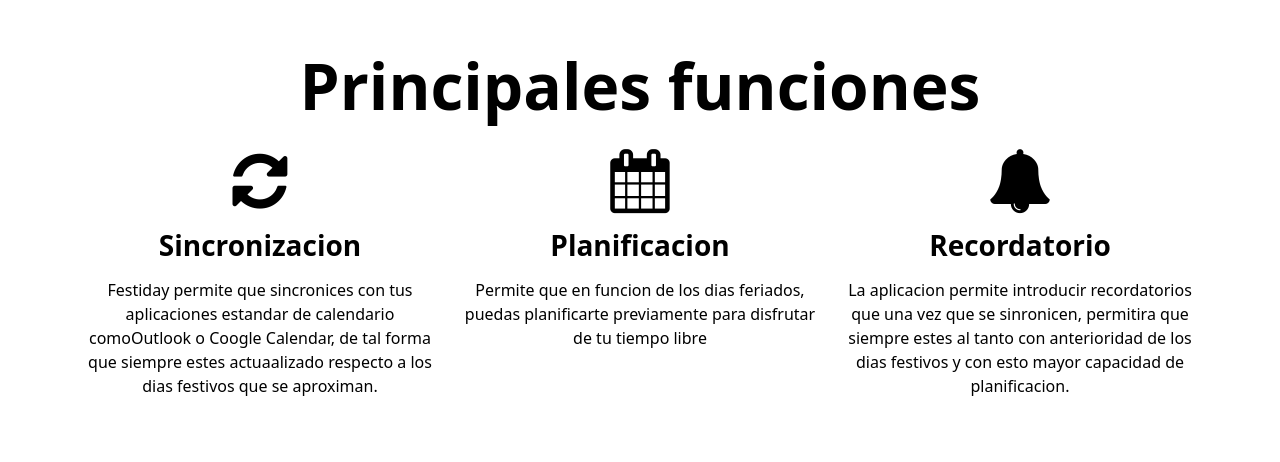
Repository: cvalenciapatagonia/Desafio-4-React-I
Page: /
The author's editor kept a copy of each file at every save. The page is drawn from the files as they stood at one save, then again after the next save.
The browser window is 1280 px wide. The pictures show the part of the page from y = 698 to 1160 px (the page is 2051 px tall before and 2075 px after).
Pictures or frames that could not be fetched are drawn as grey boxes. The page's requests for data from a server got no answer. The project was rebuilt for these pictures with package versions that can differ from the ones it lists, and the page was loaded fresh each time. No one was signed in, and anything a server would have sent is missing. Also part of the build but not shown: vite.config.js, src/App.css.

Above is the page before, as saved 2023-09-08 14:56:41.

### index.html
<!doctype html>
<html lang="en">
  <head>
    <meta charset="UTF-8" />
    <link rel="icon" type="image/svg+xml" href="/vite.svg" />
    <meta name="viewport" content="width=device-width, initial-scale=1.0" />
    <title>Desafio 4 React I</title>
  </head>
  <body>
    <div id="root">


    </div>
    <script type="module" src="/src/main.jsx"></script>
  </body>
</html>

### src/main.jsx

import React from 'react'
import ReactDOM from 'react-dom/client'
import App from './App.jsx'

import './index.css'


ReactDOM.createRoot(document.getElementById('root')).render(
  <React.StrictMode>
    <App />
  </React.StrictMode>,
)

### src/App.jsx
import React, { useState } from "react";
import "bootstrap-icons/font/bootstrap-icons.css";
import "font-awesome/css/font-awesome.css";
import "./App.css";
import "bootstrap/dist/css/bootstrap.min.css";
import MiApi from "./components/MiApi";
import Buscador from "./components/Buscador";

function App() {
  const [sortOption, setSortOption] = useState("asc"); // Estado para almacenar la opción de ordenamiento

  return (
    <div className="App">
      <header>
        {/* BARRA DE NAVEGACION */}
        <nav className="navbar navbar-expand-lg navbar-dark fixed-top navbar-custom">
          <div className="container">
            {/* <img src="assets/img/logo.png" className="img-fluid img-logo" /> */}
            <button
              className="navbar-toggler"
              type="button"
              data-bs-toggle="collapse"
              data-bs-target="#navbarTogglerDemo01"
              aria-controls="navbarTogglerDemo01"
              aria-expanded="false"
              aria-label="Toggle navigation"
            >
              <span className="navbar-toggler-icon"></span>
            </button>
            <div className="collapse navbar-collapse" id="navbarTogglerDemo01">
              <a className="navbar-brand" href="#"></a>
              <ul className="navbar-nav ms-auto mb-2 mb-lg-0 fs-5">
                <li className="nav-item">
                  <a
                    className="nav-link active text-light"
                    aria-current="page"
                    href="#Acerca-de-mi"
                  >
                    Funciones
                  </a>
                </li>
                <li className="nav-item">
                  <a
                    className="nav-link active text-light"
                    href="#Mis-proyectos"
                  >
                    Demo
                  </a>
                </li>
                <li className="nav-item">
                  <a className="nav-link active text-light" href="#Contacto">
                    Contacto
                  </a>
                </li>
              </ul>
            </div>
          </div>
        </nav>
        {/* Fin de la barra de navegación */}
      </header>

      <section id="Hero-Section" className="text-dark text-end py-5 mt-5">
        <div className="container">
          <div className="ms-auto col-12 col-md-7">
            <h1 className="display-1 fw-bold my-5">
              Festiday 🌶️ {/* El signo agregado significa "cursando" */}
            </h1>
            <p className="my-5 fw-bold">
              Festiday es una aplicacion beta que permite observar en tiempo
              real los dias festivos de Chile. La aplicacion cuenta con
              distintas funcionalidades tales como un widget de escritorio y la
              posibilidad de vincularlo con google calendar y Outlook.
            </p>
            <div className="mb-5 pb-5">
              <a
                className="btn btn-lg btn-outline-info text-dark me-4"
                href="#Mis-proyectos"
              >
                Prueba la demo
              </a>
              <a
                className="btn btn-lg btn-outline-info text-dark"
                href="#Contacto"
              >
                Contactanos
              </a>
            </div>
          </div>
        </div>
      </section>

      {/* ACERCA DE MI */}
      <section id="Acerca-de-mi" className="container text-center my-5">
        <h2 className="display-3 fw-bold my-4 mb-4">Principales funciones</h2>

        <div className="row">
          <div className="col-12 col-md-4">
            <i className="fa fa-refresh fa-4x"></i>
            <h3 className="my-3 fw-bold">Sincronizacion</h3>
            <p className="my-3">
              Festiday permite que sincronices con tus aplicaciones estandar de
              calendario comoOutlook o Coogle Calendar, de tal forma que siempre
              estes actuaalizado respecto a los dias festivos que se aproximan.
            </p>
          </div>
          <div className="col-12 col-md-4">
            <i className="fa fa-calendar fa-4x"></i>
            <h3 className="my-3 fw-bold">Planificacion</h3>
            <p className="my-3">
              Permite que en funcion de los dias feriados, puedas planificarte
              previamente para disfrutar de tu tiempo libre
            </p>
          </div>
          <div className="col-12 col-md-4">
            <i className="fa fa-bell fa-4x"></i>
            <h3 className="my-3 fw-bold">Recordatorio</h3>
            <p className="my-3">
              La aplicacion permite introducir recordatorios que una vez que se
              sinronicen, permitira que siempre estes al tanto con anterioridad
              de los dias festivos y con esto mayor capacidad de planificacion.
            </p>
          </div>
        </div>
      </section>
      {/* Fin de ACERCA DE MI */}

      {/* MIS PROYECTOS */}
      <section id="Mis-proyectos" className="my-5 p-5">
        <div className="container">
          <h2 className="display-4 fw-bold text-center text-dark mb-3">
            Festiday App demo
          </h2>
          <Buscador onSortChange={setSortOption} />
          <MiApi
            apiURL="https://api.victorsanmartin.com/feriados/en.json"
            sortOption={sortOption}
          />

          <div className="row"></div>
        </div>
      </section>
      {/* Fin de MIS PROYECTOS */}

      {/* CONTACTAME */}
      <section id="Contacto" className="container my-5">
        <h2 className="display-4 fw-bold text-center my-4">Contáctanos</h2>

        <p className="text-center my-4 d-none d-md-block">
          Envíanos un mensaje y te ofrecemos una prueba gratuita por 30 dias sin
          costo
        </p>

        <form>
          <div className="form-group mb-4">
            <label className="mb-2">Nombre</label>
            <input className="form-control" placeholder="Nombre" />
          </div>

          <div className="form-group mb-4">
            <label className="mb-2">Correo electrónico</label>
            <input className="form-control" placeholder="Correo electrónico" />
          </div>

          <div className="form-group">
            <label className="mb-2">Mensaje</label>
            <textarea
              className="form-control"
              placeholder="Escribe aquí tu mensaje"
            ></textarea>
          </div>

          <div className="my-3 text-end">
            <button className="btn bg-dark text-light">Enviar</button>
          </div>
        </form>
      </section>
      {/* Fin de CONTACTAME */}

      {/* FOOTER */}
      <footer className="text-center text-light p-4">
        <p className="mb-0">
          Cristian Valencia 2023. Todos los derechos reservados.
        </p>
      </footer>
      {/* Fin de FOOTER */}
    </div>
  );
}

export default App;

{
  /* <h1>Feriados en Chile</h1> */
}
{
  /* Pasa el estado y la función de cambio de ordenamiento al componente Buscador */
}

### src/index.css
:root {
  font-family: Inter, system-ui, Avenir, Helvetica, Arial, sans-serif;
  line-height: 1.5;
  font-weight: 400;

  color-scheme: light dark;
  color: rgba(255, 255, 255, 0.87);
  background-color: #242424;

  font-synthesis: none;
  text-rendering: optimizeLegibility;
  -webkit-font-smoothing: antialiased;
  -moz-osx-font-smoothing: grayscale;
  -webkit-text-size-adjust: 100%;
}

a {
  font-weight: 500;
  color: #646cff;
  text-decoration: inherit;
}
a:hover {
  color: #535bf2;
}

body {
  margin: 0;
  display: flex;
  place-items: center;
  justify-content: center;
  min-width: 320px;
  min-height: 100vh;
}

h1 {
  font-size: 3.2em;
  line-height: 1.1;
}

table {
  width: 100%;
  border-collapse: collapse;
}

table th, table td {
  text-align: start;
  padding: 8px;
  border: 1px solid #ddd;
}


table th {
  background-color: rgb(198, 43, 43);
  font-weight: bold;
}


 .navbar-custom {
  background-color: rgb(0, 0, 0);
}

.img-logo {
  height: 250px;
  width: 350px;
}

@media (max-width: 576px) {
  .img-logo {
    height: 150px;
    width: 250px;
  }
}

#Hero-Section {
  background-repeat: no-repeat;
  background-size: cover;
  background-position: left;
  height: 650px;
  background-image: url(./assets/img/luxa.org-opacity-changed-Bg.jpg);

}

/* #Mis-proyectos .image-top {
  height: 250px;
  background-repeat: no-repeat;
  background-size: cover;
  background-position: center;
} */

#Mis-proyectos {
  background-image: url("../img/fondo\ \(7\).jpg");
  background-repeat: no-repeat;
  background-size: cover;
  background-position: left;
}



#Acerca-de-mi {
  color: black;
}

#Contacto {
  color: black;
}

footer {
  background-color: black;
}

.button-custom {
  background-color: black;
}

.subtitulo2 {
  display: inline;
  font-size: 2em;
}

@media only screen and (max-width: 576px) {
  .subtitulo2 {
    font-size: 1.2rem;
    line-height: 1.2;
  }
}

### src/components/MiApi.jsx
import React, { useEffect, useState } from 'react';
import moment from 'moment';

function MiApi({ apiURL, sortOption }) {
  const [holidays, setHolidays] = useState([]);
  const [sortedHolidays, setSortedHolidays] = useState([]);

  useEffect(() => {
    fetch(apiURL)
      .then((response) => response.json())
      .then((data) => {
        if (data.status === 'success') {
          setHolidays(data.data);
        }
      })
      .catch((error) => {
        console.error('Error al obtener datos de la API de feriados de Chile:', error);
      });
  }, [apiURL]);

  useEffect(() => {
    const sortHolidays = () => {
      const sorted = [...holidays];
      if (sortOption === 'asc') {
        sorted.sort((a, b) => moment(a.date).diff(moment(b.date)));
      } else if (sortOption === 'desc') {
        sorted.sort((a, b) => moment(b.date).diff(moment(a.date)));
      } else if (sortOption === 'month') {
        sorted.sort((a, b) => moment(a.date).month() - moment(b.date).month());
      }
      setSortedHolidays(sorted);
    };

    sortHolidays();
  }, [sortOption, holidays]);

  return (
    <div className="MiApi">
      <table>
        <thead>
          <tr>
            <th>Feriado</th>
            <th>Fecha</th>
          </tr>
        </thead>
        <tbody>
          {sortedHolidays.map((holiday) => (
            <tr key={holiday.date}>
              <td>{holiday.title}</td>
              <td>{holiday.date}</td>
            </tr>
          ))}
        </tbody>
      </table>
    </div>
  );
}

export default MiApi;

### src/components/Buscador.jsx
import React, { useState } from 'react';

function Buscador({ onSortChange }) {
  const [sortOption, setSortOption] = useState('asc'); // Opción de ordenamiento predeterminada

  const handleSortChange = (e) => {
    const selectedOption = e.target.value;
    setSortOption(selectedOption);
    onSortChange(selectedOption);
  };

  return (
    <div className="Buscador">
      <label htmlFor="sortSelect">Ordenar por:</label>
      <select id="sortSelect" value={sortOption} onChange={handleSortChange}>
        <option value="asc">Fecha Ascendente</option>
        <option value="desc">Fecha Descendente</option>
        <option value="month">Por Mes</option>
      </select>
    </div>
  );
}

export default Buscador;

After the next save:
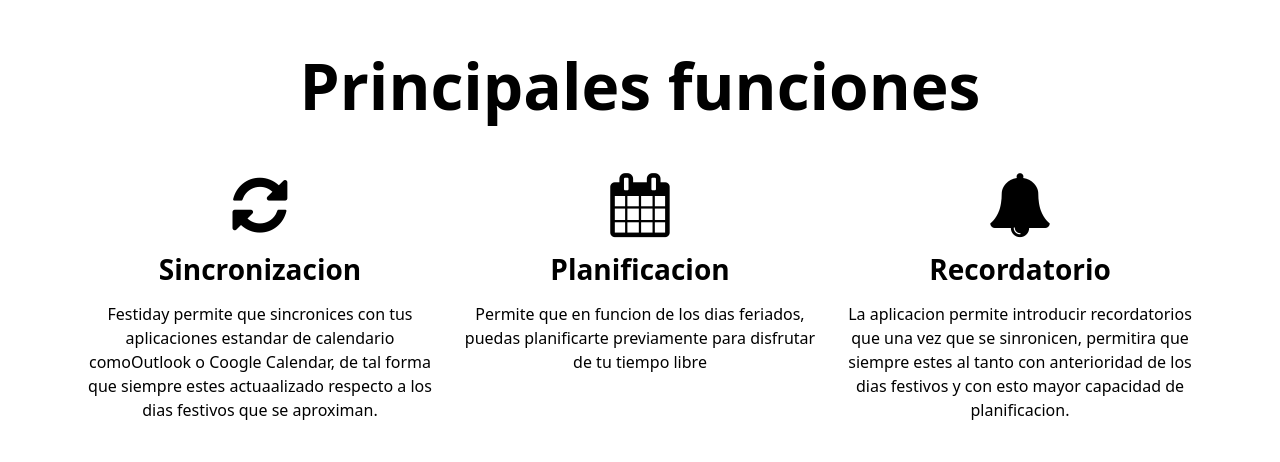
Saved 9 s later.
--- a/src/App.jsx
+++ b/src/App.jsx
@@ -91,7 +91,7 @@ function App() {
 
       {/* ACERCA DE MI */}
       <section id="Acerca-de-mi" className="container text-center my-5">
-        <h2 className="display-3 fw-bold my-4 mb-4">Principales funciones</h2>
+        <h2 className="display-3 fw-bold my-4 mb-5">Principales funciones</h2>
 
         <div className="row">
           <div className="col-12 col-md-4">
